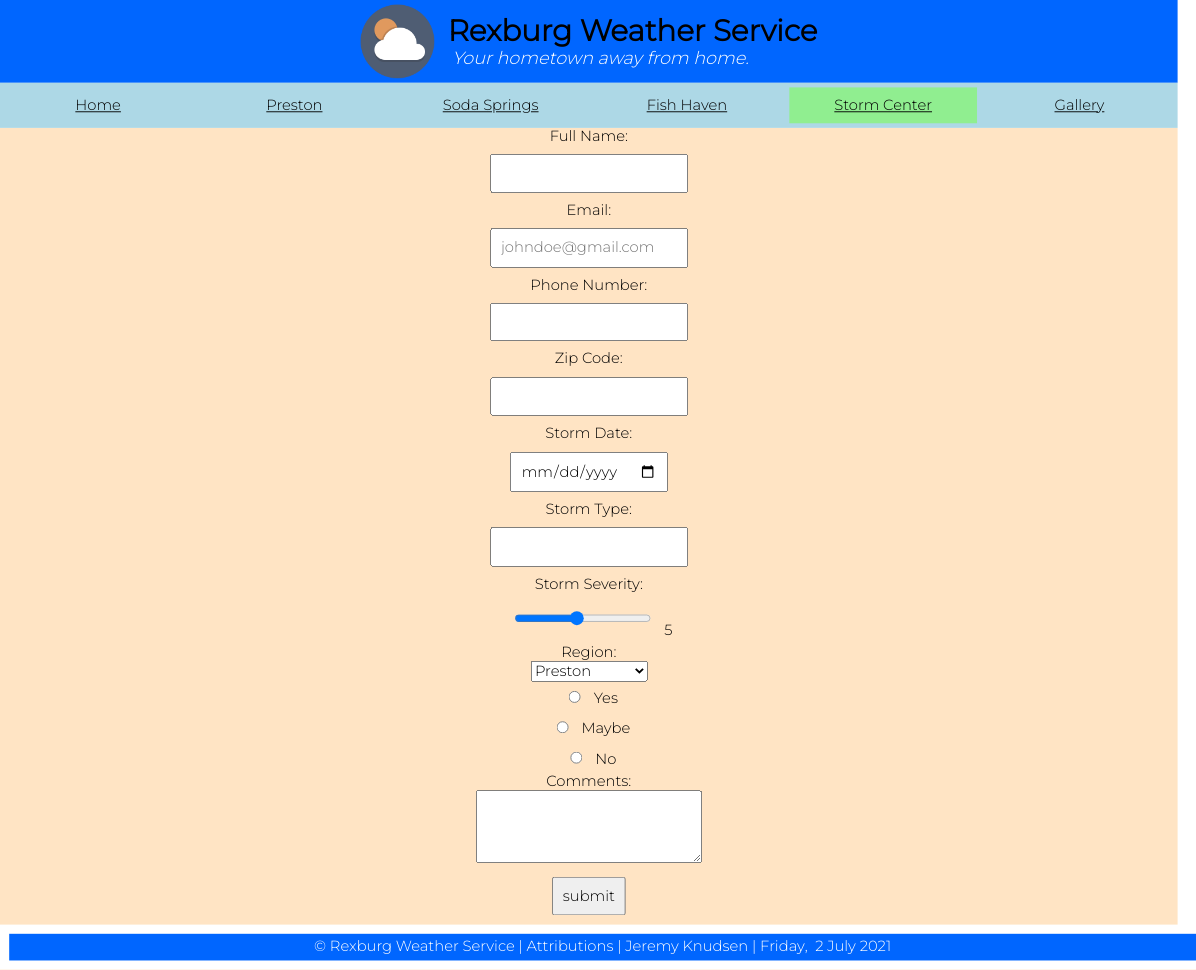
Repository: jknudsen97/jknudsen97.github.io
Page: lesson11/stormcenter.html
These files come from the project's save history. The page is drawn as it stood at one moment and after the next save; the edit follows.
The browser window is 1280 px wide. The page is 1300 px wide, so the pictures cover 1300 px, including what lies to the right of the window. The pictures show the whole page, at 92% of full size.
The page's requests for data from a server got no answer.

Above is the page before, as saved 2021-07-03 22:46:52.
Console error: TypeError: Cannot read properties of null (reading 'style')

After the next save:
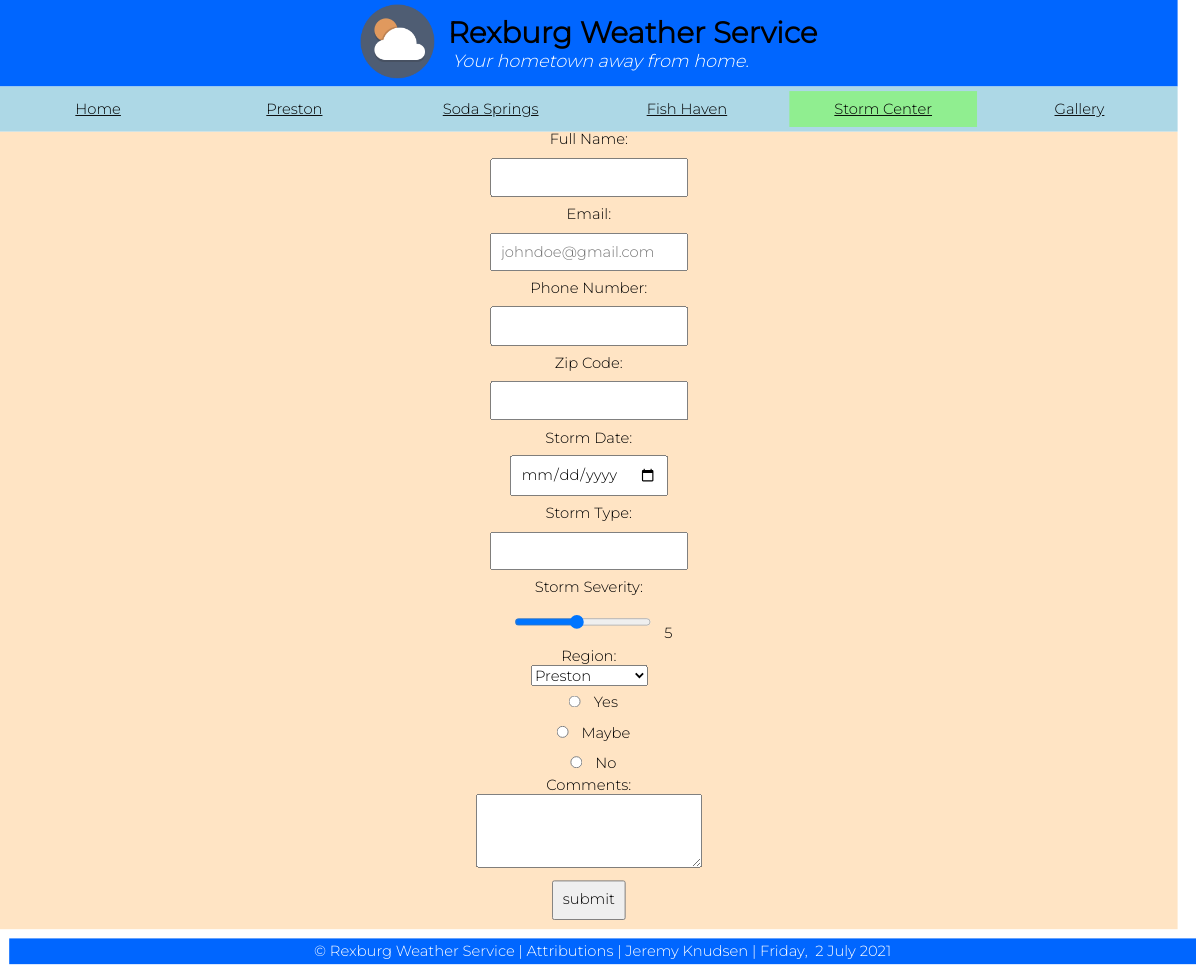
Saved 14 s later.
--- a/lesson11/stormcenter.html
+++ b/lesson11/stormcenter.html
@@ -18,7 +18,7 @@
 </head>
 <body>
     <header>
-            <img src="images/logo.png" alt="Preston logo">
+        <a href="index.html"><img src="images/logo.png" alt="Preston logo"></a>
         <section class="headings">
             <h1>Rexburg Weather Service</h1>
             <div class="motto">Your hometown away from home.</div>
